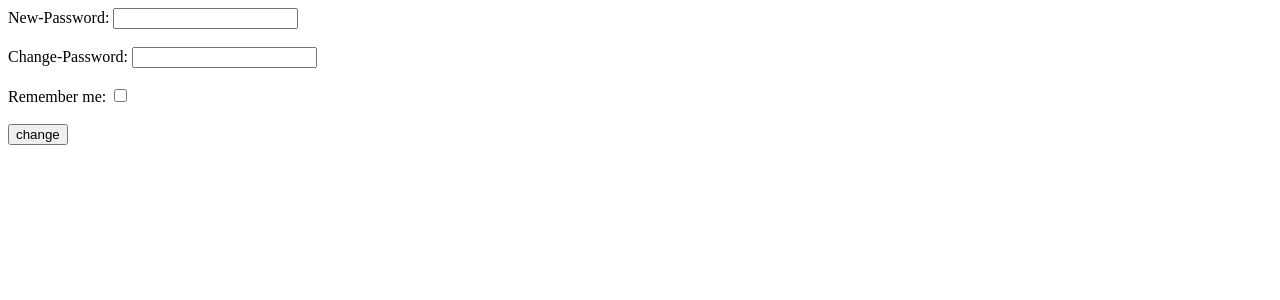
Repository: pawankumarsharm/UST_JDBC_SERVLET
Page: jdbc/empwebapp/WebContent/changepassword.html
The author's editor kept a copy of each file at every save. The page is drawn from the files as they stood at one save, then again after the next save.
The browser window is 1280 px wide. The pictures show the whole page.

Above is the page before, as saved 2019-11-15 08:30:54.

After the next save:
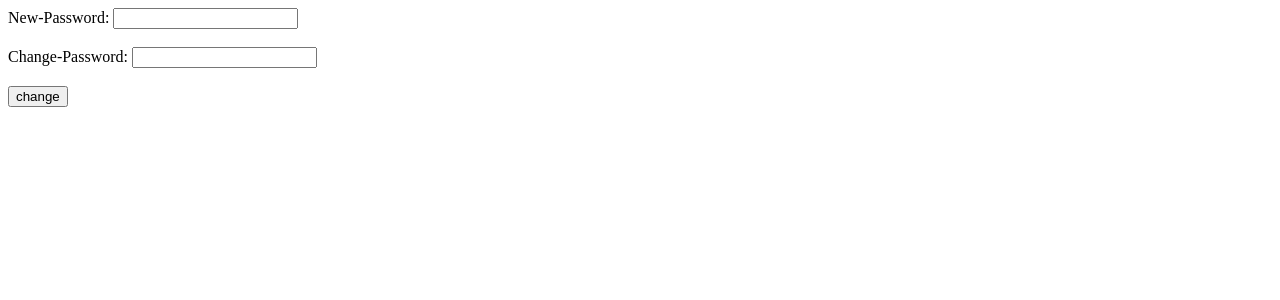
Saved 5 s later.
--- a/jdbc/empwebapp/WebContent/changepassword.html
+++ b/jdbc/empwebapp/WebContent/changepassword.html
@@ -8,7 +8,6 @@
 <form action="">
 		New-Password: <input name="password" type="text"><br><br>
 		Change-Password: <input type="text" name="confirmpassword"><br><br>
-		Remember me: <input type="checkbox"><br><br>
 		<input type="submit" value ="change"><br>
 	</form>
 
